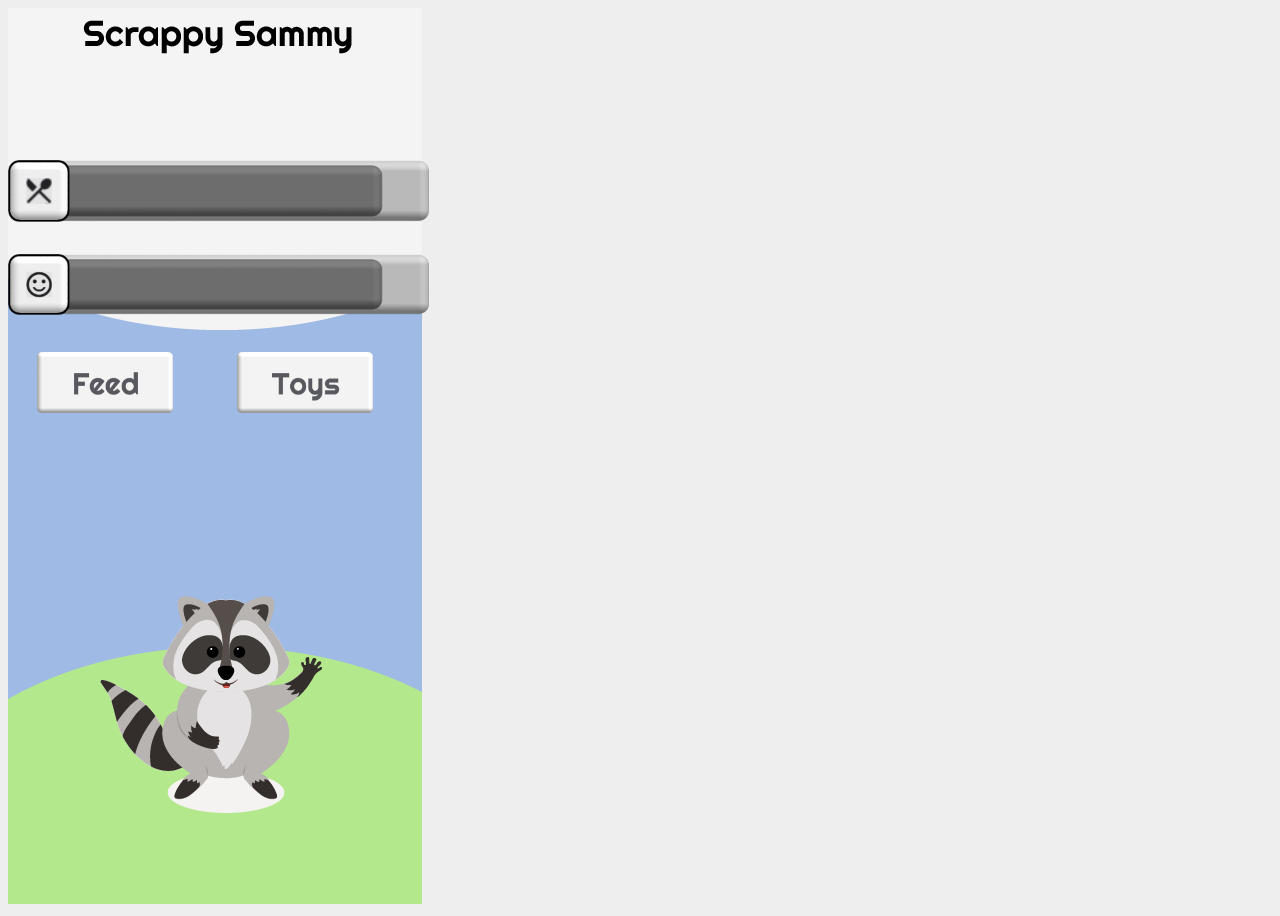
Repository: alemunden/Trash-Scavengers
Page: /Scrappy
An editor plug-in stored every save of this project. The page is shown before and after the next save, followed by the edit.
The browser window is 1280 px wide. The pictures show the whole page.
The project was rebuilt for these pictures with package versions that can differ from the ones it lists, and the page was loaded fresh each time. The framework's server and built-in components were replaced by stand-ins that run in the browser. Also part of the build but not shown: next.config.mjs, components/NavBar/NavBar.module.css, components/NavBar/index.js.

Above is the page before, as saved 2024-04-20 12:13:33.

### pages/Scrappy.js
import NavBar from "@/components/NavBar"
import styles from '@/styles/Scrappy.module.css'
import Image from "next/image"
import { useState } from "react"

export default function Scrappy() {
    return(
        <>
            <div className={styles.main}>
                <div className={styles.statusBars}>
                    <Image src={'/foodbar.png'} height={61.67} width={420.67}/>
                    <Image src={'/happinessbar.png'} height={61.67} width={420.67}/>
                </div>
                <div className={styles.buttons}>
                    <Image src={'/feedbutton.png'} width={136.35} height={60.75}/>
                    <Image src={'/toysbutton.png'} width={136.35} height={60.75}/>
                </div>
                <Image src={'/scrappybackground.png'} width={414} height={896}/>
            </div>
        </>
    )
}

### styles/globals.css
:root {
    --white: #eee;
    --black: #000;
    --light-green: #B4E88C;
    --light-blue: #9EBAE5;
    --light-gray: #c5c5c5;
    --light-yellow: #F3CD70;
    --light-pink: #F3D9D9;
    --medium-green: #429600;
    --gold: #ED9F26;

}

html, body {
    overflow-x: hidden;
    background-color: var(--white);
  }

main {
    padding: 1rem;
  }

li {
    list-style-type: none;
    cursor: pointer;
    margin: 1rem;
    width: 100%;
    padding: 0.5rem;
    color: #000105;
    background-color: var(--light-blue);
    border-radius: 1rem;
    border-bottom: 6px solid #7893bb;
    font-family: "Righteous", sans-serif;
    text-align: center;
    font-size: 1.5rem;
  }

.liHover:hover {
    background-color: #7893bb;
    columns: #fff;
}

.liSelected {
    color: #fff;
    background-color: #000925;
}

### styles/Scrappy.module.css
.buttons {
    display: flex;
    gap: 4rem;
    position: absolute;
    top: 22rem;
    left: 2.3rem;
}

.statusBars {
    display: flex;
    flex-direction: column;
    gap: 2rem;
    position: absolute;
    top: 10rem;
}

Loaded but not shown: pages/_app.js (common file); pages/_document.js (common file)

After the next save:
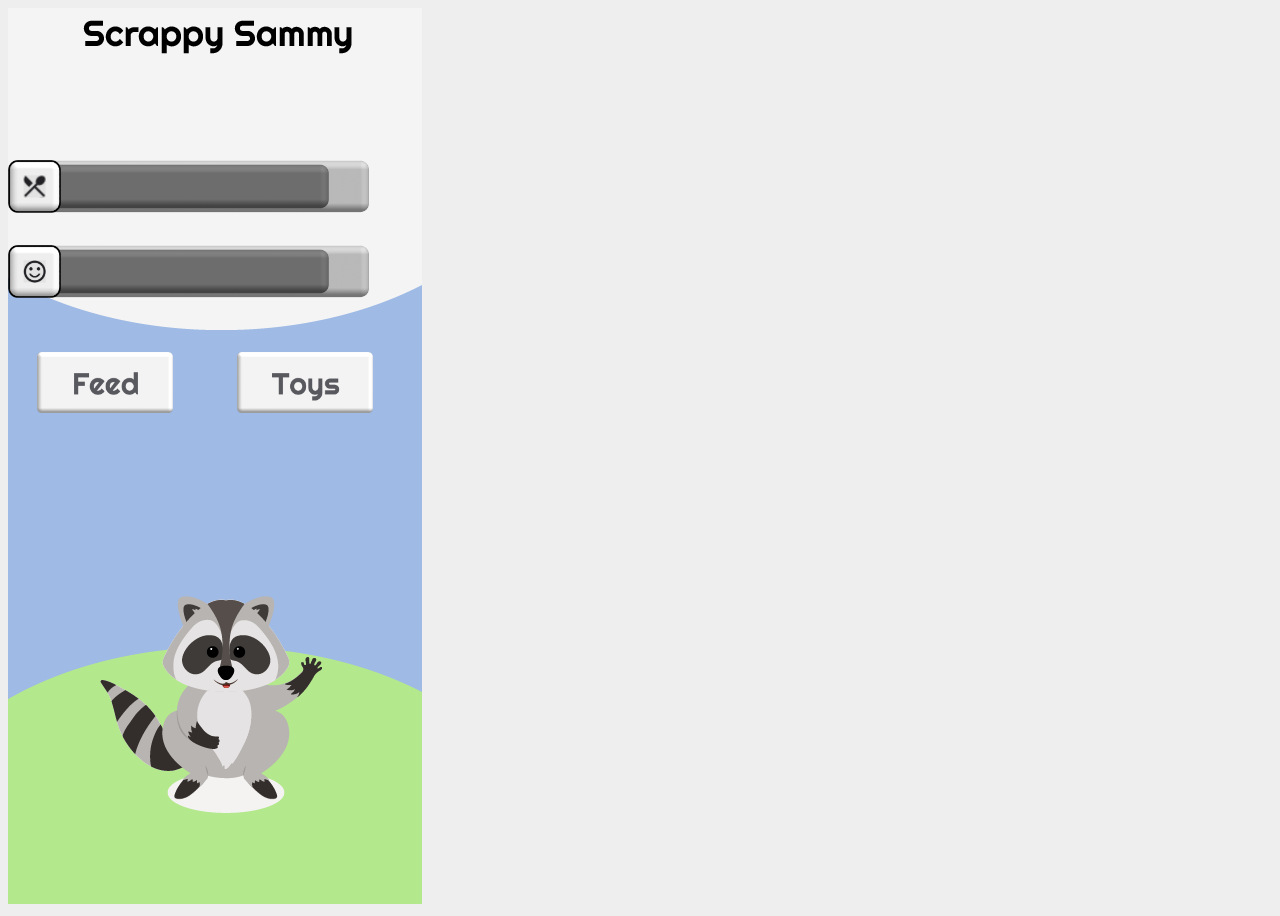
Saved 47 s later.
--- a/pages/Scrappy.js
+++ b/pages/Scrappy.js
@@ -8,8 +8,8 @@ export default function Scrappy() {
         <>
             <div className={styles.main}>
                 <div className={styles.statusBars}>
-                    <Image src={'/foodbar.png'} height={61.67} width={420.67}/>
-                    <Image src={'/happinessbar.png'} height={61.67} width={420.67}/>
+                    <Image src={'/foodbar.png'} height={52.86} width={360.57}/>
+                    <Image src={'/happinessbar.png'} height={52.86} width={360.57}/>
                 </div>
                 <div className={styles.buttons}>
                     <Image src={'/feedbutton.png'} width={136.35} height={60.75}/>
